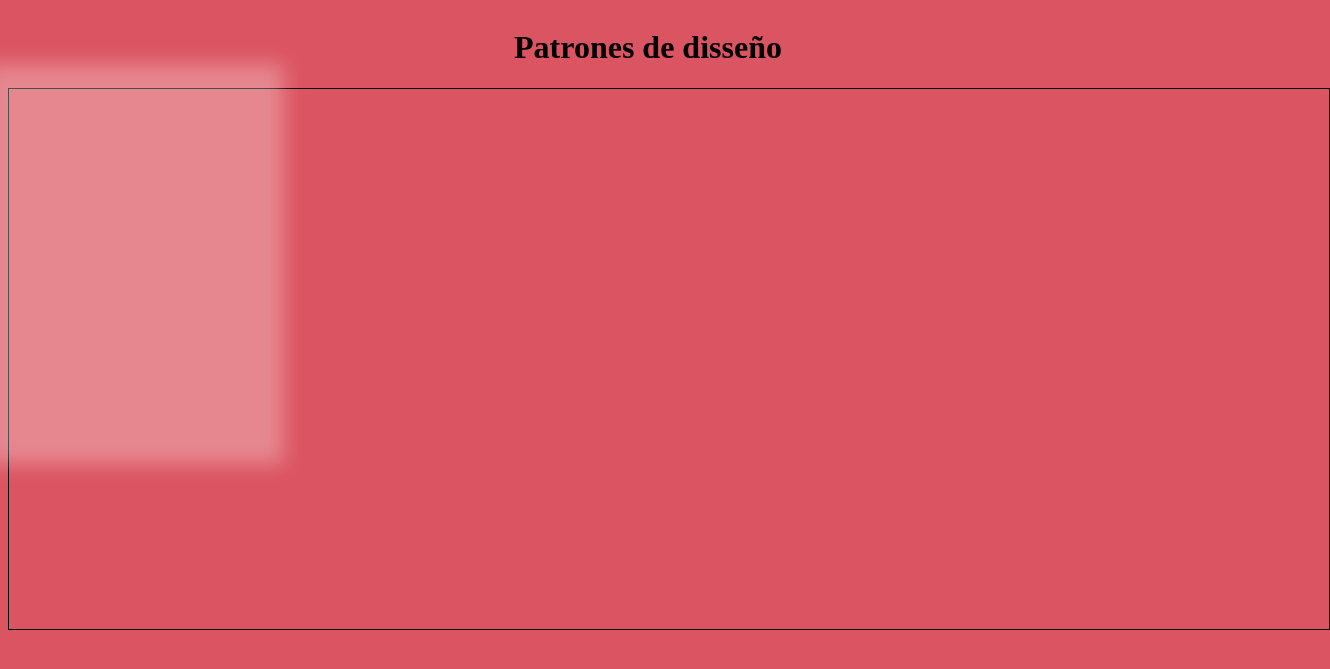
Repository: nrsWebs/design-pattern-es
Page: index.html
The author's editor kept a copy of each file at every save. The page is drawn from the files as they stood at one save, then again after the next save.
The browser window is 1280 px wide. The page is 1330 px wide, so the pictures cover 1330 px, including what lies to the right of the window. The pictures show the whole page.

Above is the page before, as saved 2021-02-06 18:28:26.

### index.html
<!DOCTYPE html>
<html>
<head>
<script src="https://ajax.googleapis.com/ajax/libs/jquery/3.5.1/jquery.min.js"></script>
<link rel="stylesheet" href="source/main.css">
</head>
<body>
    <div class="main-content">
        <h1>Patrones de disseño</h1>
        <div class="box">
            <div class="glass"></div>
            <div class=""></div>
        </div>
    </div>
</body>
<script>
$(document).ready(function(){
    setTimeout(function(){
        $("p").hide();
    }, 5000);
});
</script>
</html>

### source/main.css
:root {
    --main: #FAFAFA;
    --secondary: rgba(64, 168, 242, 0.35);
    --auxiliar: #DB5461;
    --test: rgba(219, 84, 97, 0.3)
  }
body {
    background-color: var(--auxiliar);
    display: flex;
    justify-content: center;
    width: 100%;
}
.main-content{
    display: flex;
    flex-direction: column;
    justify-content: space-around;
    width: 100%;
    max-width: 1440px;
}
h1{
    text-align: center;
}
.box {
    display: flex;
    flex-direction: column;
    justify-content: space-around;
    width: 100%;
    padding: 20px;
    height: 500px;
    border: 1px solid black;
    position: relative;
}
/* GLASS EFFECT */
.glass{
    background: inherit;
    width: 100%;
    height: 100%;
    overflow: hidden;
}
.glass:before {
    content: '';
    width: 300px;
    height: 400px;
    background: inherit;
    position: absolute;
    left: -25px;
    right: 0;
    top: -25px;
    bottom: 0;
    box-shadow: inset 0 0 0 200px rgba(255,255,255,0.3);
    filter: blur(10px);
}

After the next save:
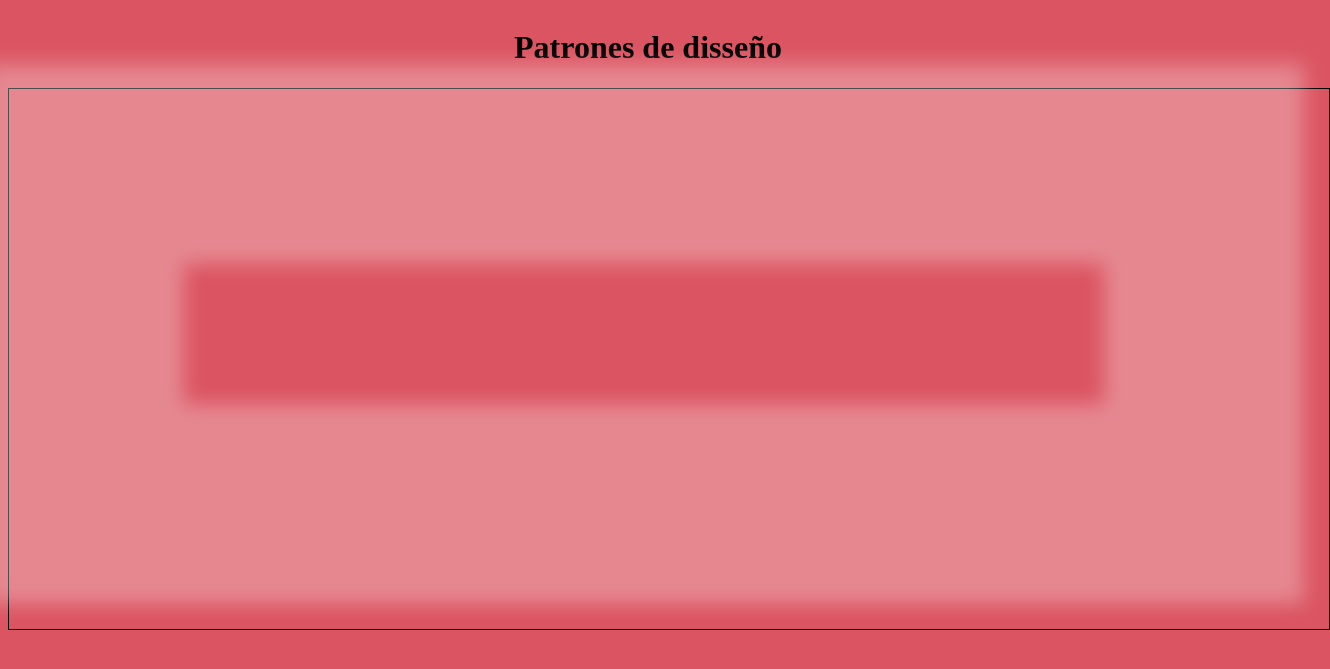
Saved 16 s later.
--- a/source/main.css
+++ b/source/main.css
@@ -39,8 +39,8 @@ h1{
 }
 .glass:before {
     content: '';
-    width: 300px;
-    height: 400px;
+    width: 100%;
+    height: 100%;
     background: inherit;
     position: absolute;
     left: -25px;
